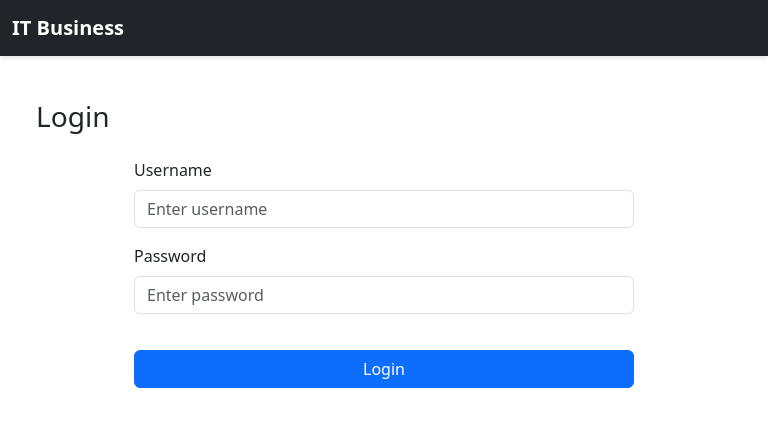
Repository: asmsaifulislam/it_business
Page: http://localhost/login
These files come from the project's save history. The page is drawn as it stood at one moment and after a run of saves; the edit follows.
The browser window is 768 px wide. The pictures show the whole page.
The page is served by the project's application, run on Flask 3 (app.py).

Above is the page before, as saved 2025-09-05 01:27:17.

After the next 2 saves:
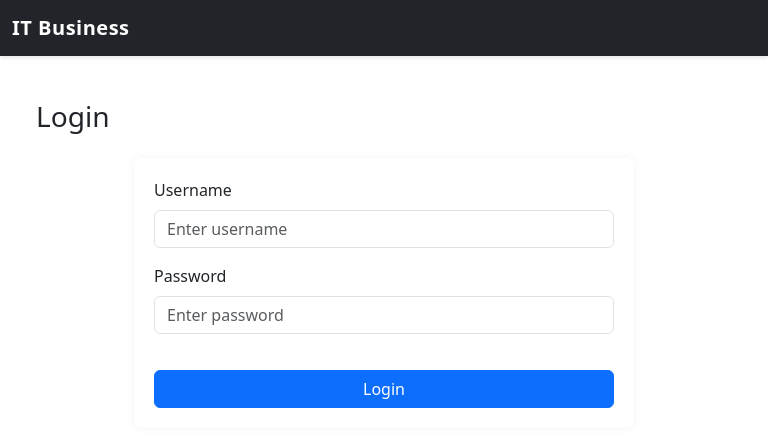
The 2 saves are shown as one change because they came seconds apart.
The last was saved 79 s later.
--- a/static/style.css
+++ b/static/style.css
@@ -3,7 +3,7 @@ body {
     margin: 0;
     padding: 0;
     font-family: 'Segoe UI', Tahoma, Geneva, Verdana, sans-serif;
-    background-color: #f8f9fa;
+    background-color: #f4f6f9;
     color: #212529;
     text-align: center;
 }
@@ -15,25 +15,26 @@ nav.navbar {
 
 .navbar-brand {
     font-weight: bold;
-    font-size: 1.4rem;
+    font-size: 1.5rem;
+    letter-spacing: 0.5px;
 }
 
 .nav-link {
     font-size: 1rem;
-    margin-right: 10px;
+    margin-right: 12px;
 }
 
 /* Container */
 .container {
-    padding: 20px;
-    max-width: 900px;
+    padding: 30px 20px;
+    max-width: 960px;
     margin: 0 auto;
 }
 
 /* Headings */
 h2 {
     font-weight: 600;
-    color: #343a40;
+    color: #2c3e50;
     margin-bottom: 30px;
 }
 
@@ -43,34 +44,43 @@ table {
     margin: 0 auto;
     width: 100%;
     max-width: 800px;
+    border-collapse: collapse;
 }
 
 .table th {
-    background-color: #343a40;
+    background-color: #2c3e50;
     color: white;
+    text-align: center;
+    padding: 12px;
 }
 
 .table td {
     vertical-align: middle;
+    text-align: center;
+    padding: 10px;
+    background-color: #ffffff;
 }
 
 /* Buttons */
 .btn {
     font-weight: 500;
-    padding: 8px 16px;
-    border-radius: 4px;
+    padding: 10px 18px;
+    border-radius: 6px;
     margin-top: 20px;
+    font-size: 0.95rem;
 }
 
 /* Cards */
 .card {
-    box-shadow: 0 2px 6px rgba(0, 0, 0, 0.08);
+    box-shadow: 0 2px 8px rgba(0, 0, 0, 0.08);
     border: none;
     text-align: center;
+    border-radius: 8px;
 }
 
 .card-header {
     font-weight: 600;
+    font-size: 1.1rem;
 }
 
 /* Alerts */
@@ -85,15 +95,22 @@ form {
     max-width: 500px;
     margin: 0 auto;
     text-align: left;
+    background-color: #ffffff;
+    padding: 30px;
+    border-radius: 8px;
+    box-shadow: 0 0 10px rgba(0, 0, 0, 0.05);
 }
 
 .form-label {
     font-weight: 500;
+    margin-bottom: 6px;
 }
 
 .form-control {
     border-radius: 4px;
     font-size: 0.95rem;
+    padding: 10px;
+    margin-bottom: 15px;
 }
 
 /* Badges */
@@ -102,3 +119,18 @@ form {
     padding: 6px 10px;
     border-radius: 4px;
 }
+
+/* Responsive Enhancements */
+@media (max-width: 768px) {
+    .container {
+        padding: 20px 10px;
+    }
+
+    form {
+        padding: 20px;
+    }
+
+    .btn {
+        width: 100%;
+    }
+}
